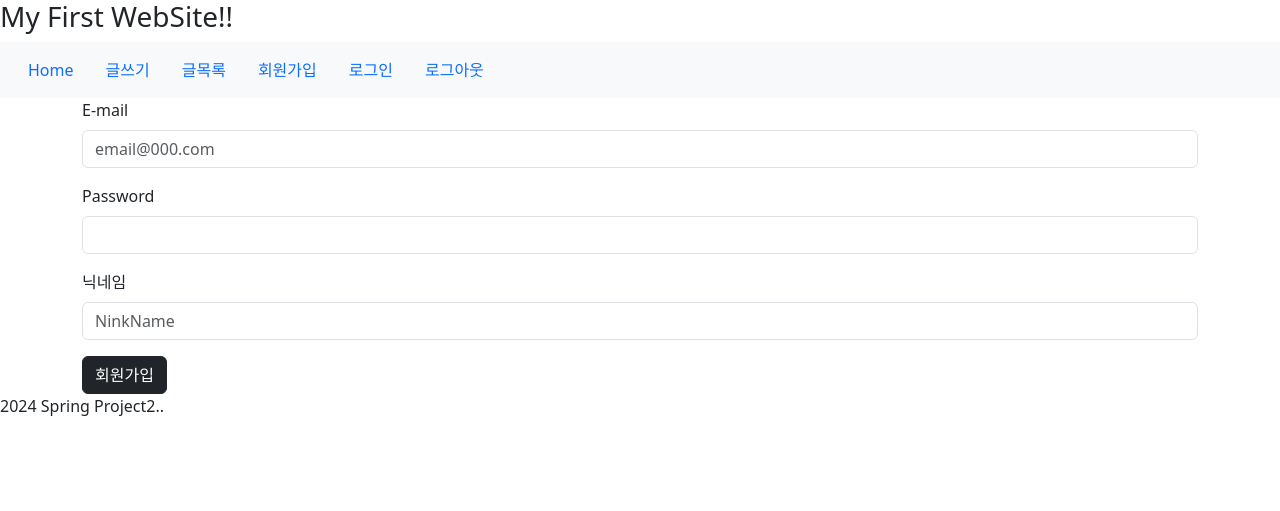
Repository: nefer2/Spring_Study
Page: http://localhost/spring_test2/WEB-INF/views/member/register.jsp
An editor plug-in stored every save of this project. The page is shown before and after the next save, followed by the edit.
The browser window is 1280 px wide. The pictures show the whole page.
The page is served by Tomcat 9. Nobody is signed in. The template is opened directly, without the code that normally fills it, so the values that code supplies are empty.

Above is the page before, as saved 2024-01-12 05:49:19.

After the next save:
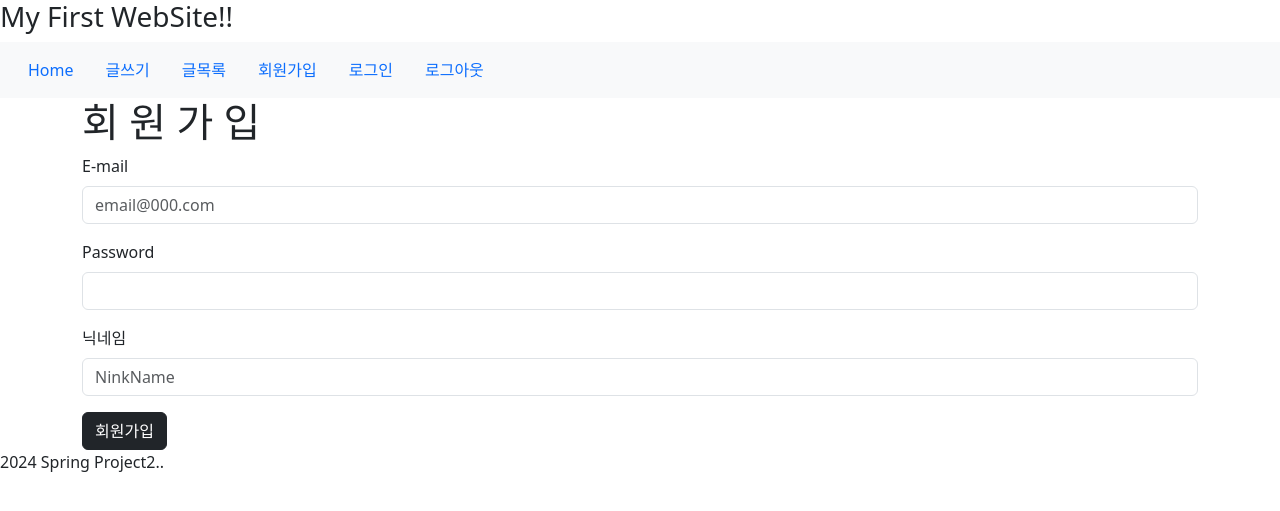
Saved 48 s later.
--- a/spring_test2/src/main/webapp/WEB-INF/views/member/register.jsp
+++ b/spring_test2/src/main/webapp/WEB-INF/views/member/register.jsp
@@ -7,6 +7,8 @@
 
 	<!-- email, pwd, nick_name -->
 <div class="container-md">
+<h1>회 원 가 입</h1>
+
 <form action="/board/register" method="post" enctype="multipart/form-data">
 <div class="mb-3">
   <label for="email" class="form-label">E-mail</label>
